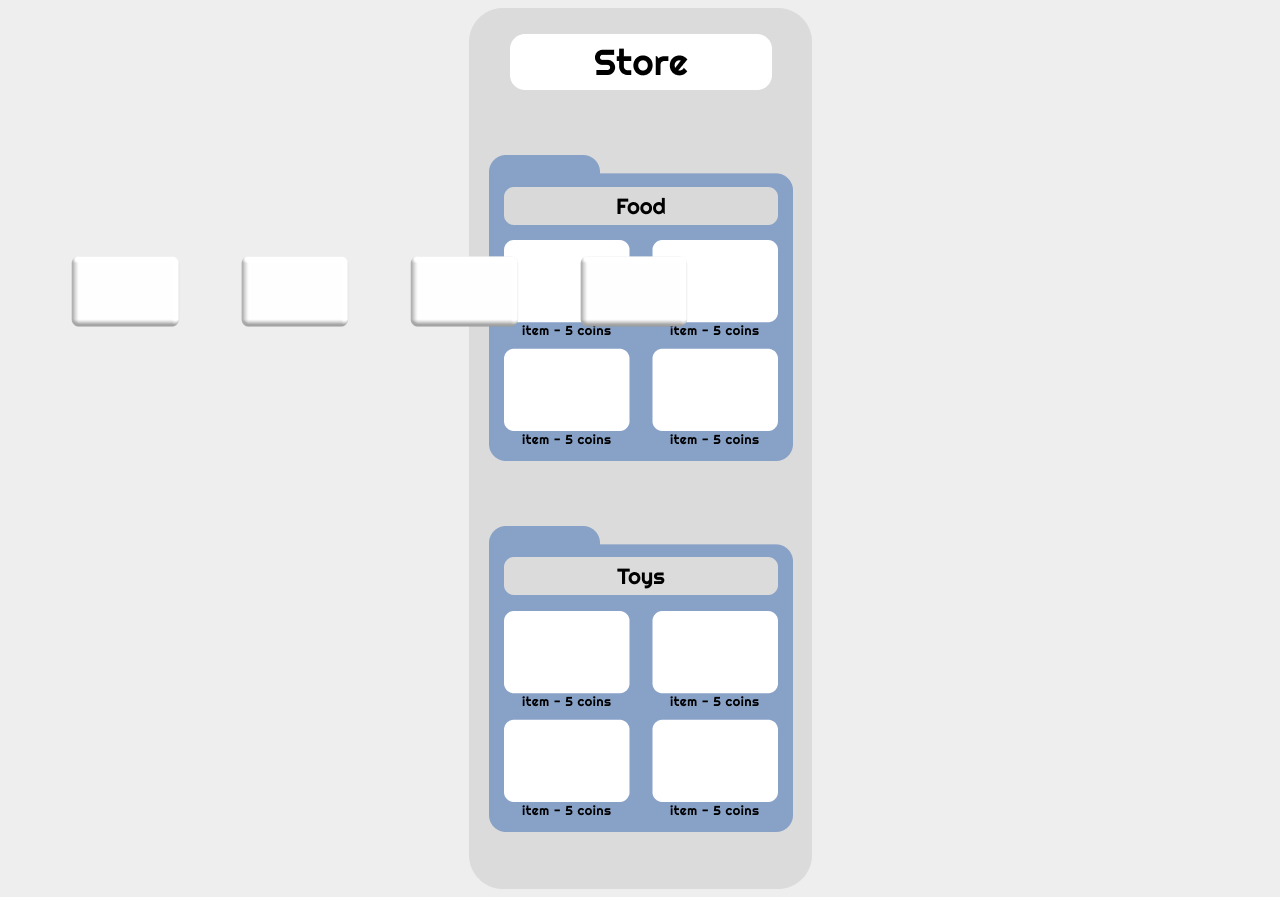
Repository: alemunden/Trash-Scavengers
Page: /ScrappyStore
An editor plug-in stored every save of this project. The page is shown before and after the next save, followed by the edit.
The browser window is 1280 px wide. The pictures show the whole page.
The project was rebuilt for these pictures with package versions that can differ from the ones it lists, and the page was loaded fresh each time. The framework's server and built-in components were replaced by stand-ins that run in the browser. Also part of the build but not shown: next.config.mjs.

Above is the page before, as saved 2024-04-28 14:45:55.

### pages/ScrappyStore.js
import styles from '@/styles/ScrappyStore.module.css'
import Image from 'next/image'

export default function ScrappyStore() {
    return(
        <>
        <div className={styles.store}>
            <div className={styles.foodItems}>
                <Image src={'/storeitem.png'} width={153.6} height={73.1}/>
                <Image src={'/storeitem.png'} width={153.6} height={73.1}/>
                <Image src={'/storeitem.png'} width={153.6} height={73.1}/>
                <Image src={'/storeitem.png'} width={153.6} height={73.1}/>
            </div>
            <Image src={'/storebackground.png'} width={343} height={881}/>
        </div>
        </>
    )
}

### styles/globals.css
:root {
    --white: #eee;
    --black: #000;
    --light-green: #B4E88C;
    --light-blue: #9EBAE5;
    --light-gray: #c5c5c5;
    --light-yellow: #F3CD70;
    --light-pink: #F3D9D9;
    --medium-green: #429600;
    --gold: #ED9F26;

}

html, body {
    overflow-x: hidden;
    background-color: var(--white);
  }

main {
    padding: 1rem;
  }

li {
    list-style-type: none;
    cursor: pointer;
    margin: 1rem;
    width: 100%;
    padding: 0.5rem;
    color: #000105;
    background-color: var(--light-blue);
    border-radius: 1rem;
    border-bottom: 6px solid #7893bb;
    font-family: "Righteous", sans-serif;
    text-align: center;
    font-size: 1.5rem;
  }

.liHover:hover {
    background-color: #7893bb;
    columns: #fff;
}

.liSelected {
    color: #fff;
    background-color: #000925;
}

### styles/ScrappyStore.module.css
.store {
    display: flex;
    justify-content: center;
}

.foodItems {
    position: absolute;
    display: flex;
    flex-direction: row;
    flex-wrap: wrap;
    top: 16rem;
    left: 3rem;
    column-gap: 1rem;
    row-gap: 0.3rem;
}

Loaded but not shown: pages/_app.js (common file); pages/_document.js (common file)

After the next save:
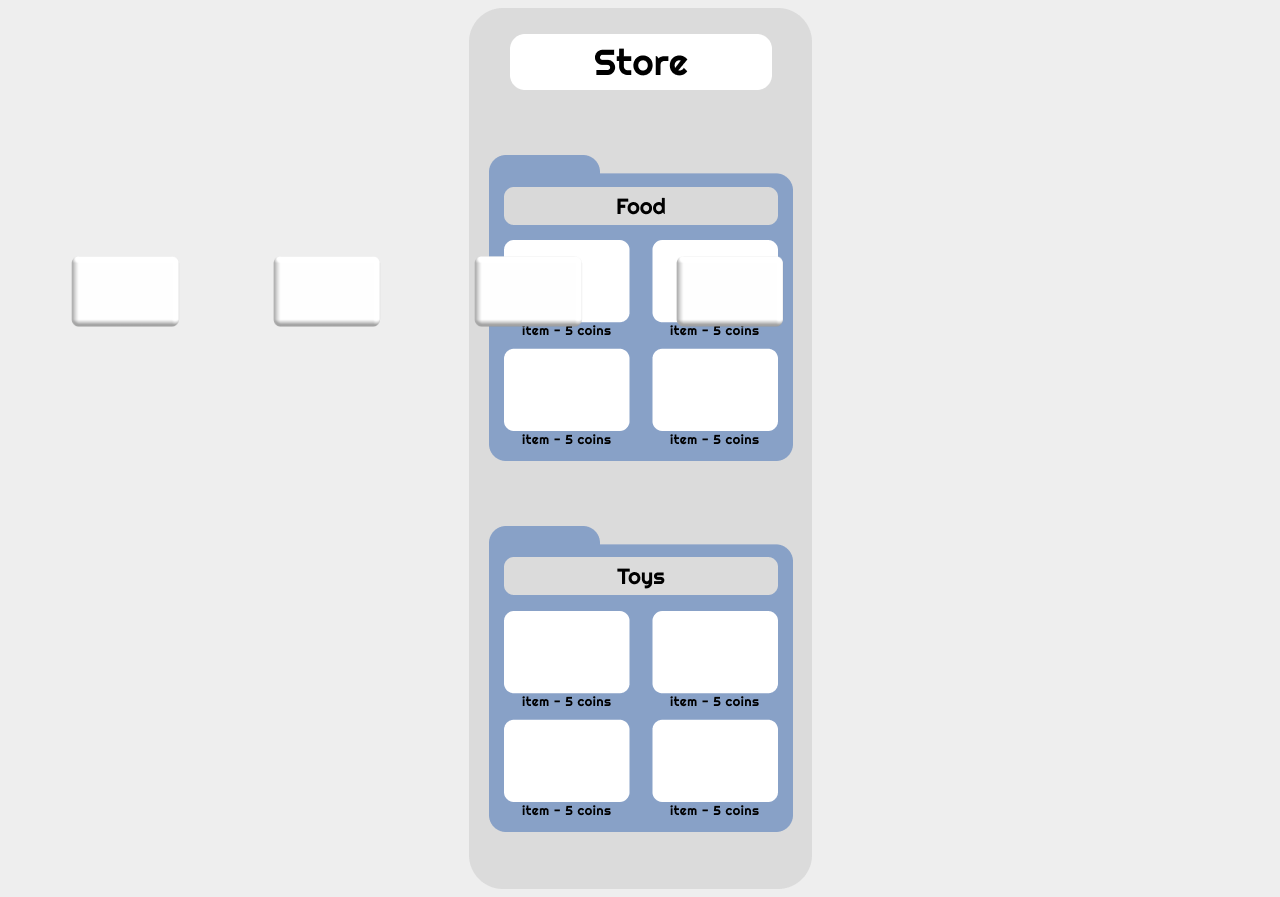
Saved 7 s later.
--- a/styles/ScrappyStore.module.css
+++ b/styles/ScrappyStore.module.css
@@ -10,6 +10,6 @@
     flex-wrap: wrap;
     top: 16rem;
     left: 3rem;
-    column-gap: 1rem;
+    column-gap: 3rem;
     row-gap: 0.3rem;
 }

After the save that followed:
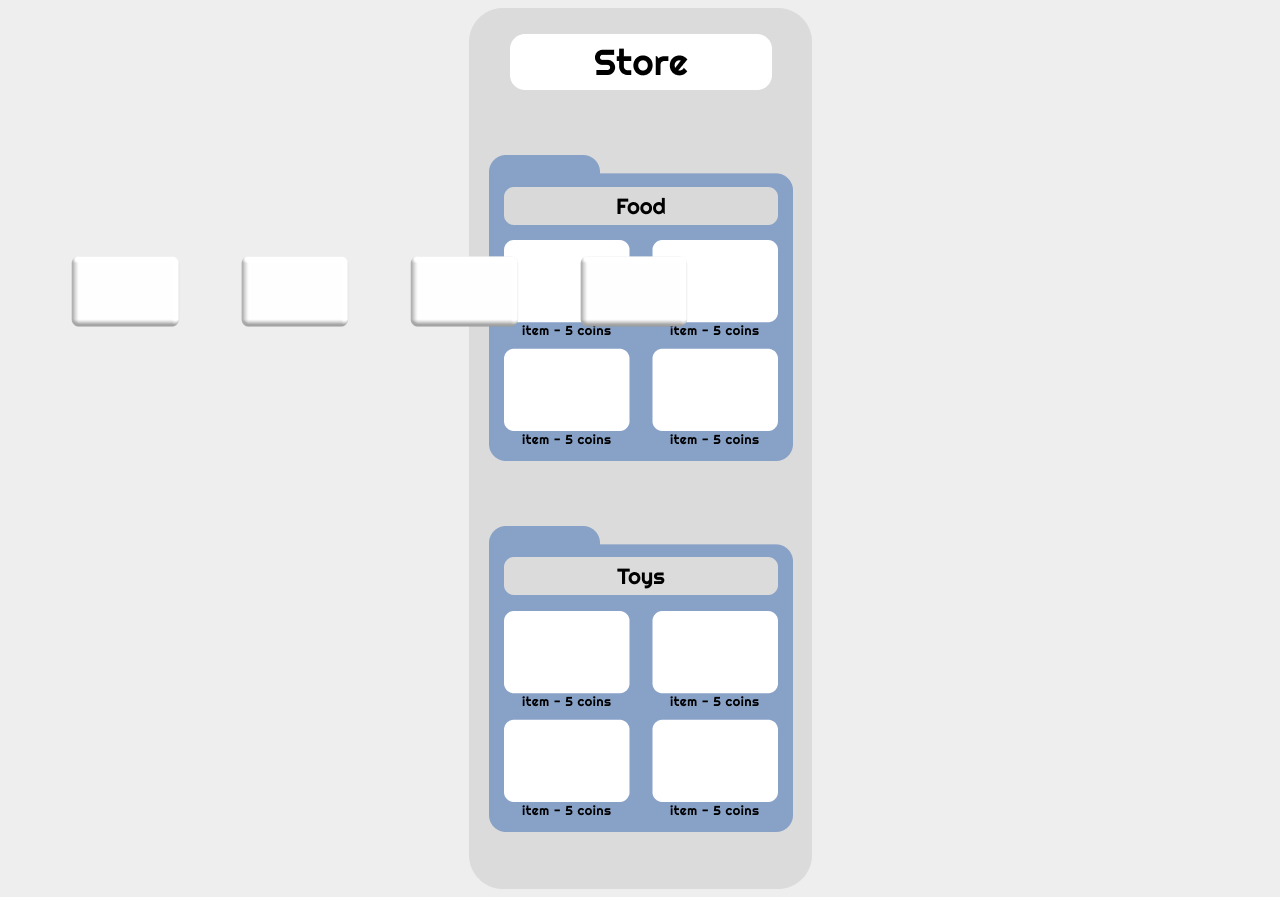
Saved 4 s later.
--- a/styles/ScrappyStore.module.css
+++ b/styles/ScrappyStore.module.css
@@ -10,6 +10,6 @@
     flex-wrap: wrap;
     top: 16rem;
     left: 3rem;
-    column-gap: 3rem;
+    column-gap: 1rem;
     row-gap: 0.3rem;
 }
